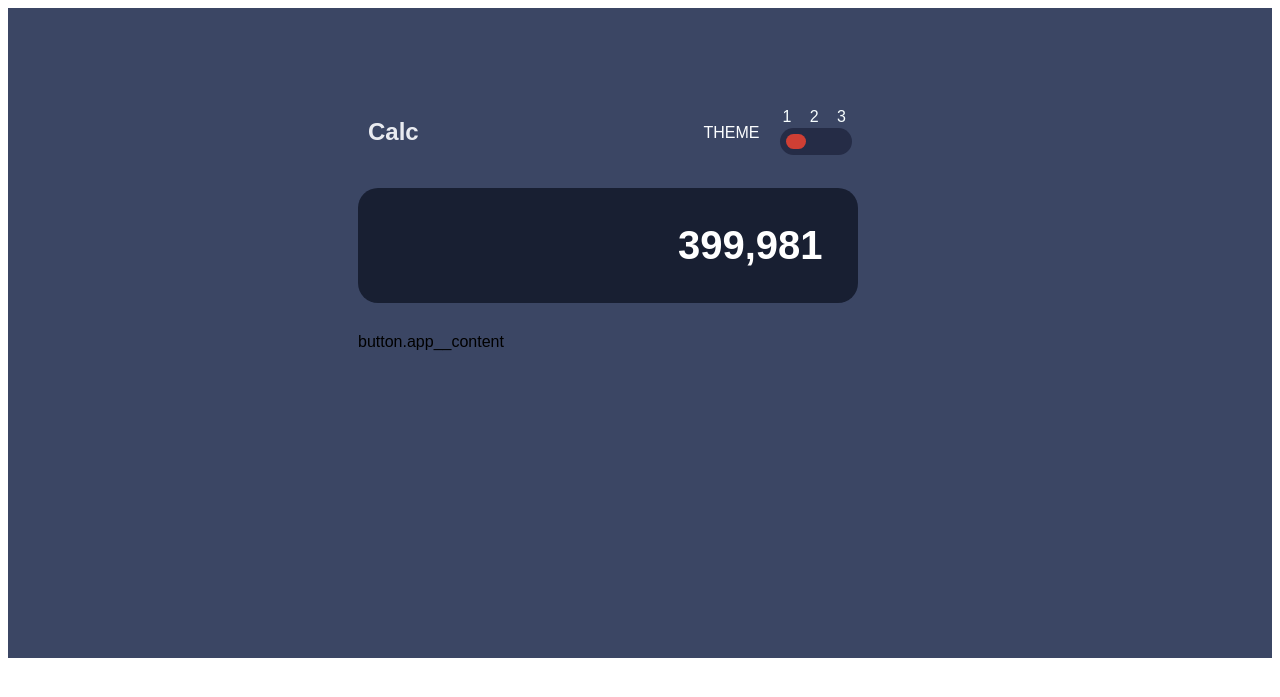
Repository: Bakyproit/Calcutor
Page: SimpleCalculatorApp.html
The author's editor kept a copy of each file at every save. The page is drawn from the files as they stood at one save, then again after a run of saves.
The browser window is 1280 px wide. The pictures show the whole page.

Above is the page before, as saved 2022-02-09 16:14:03.

After the next 5 saves:
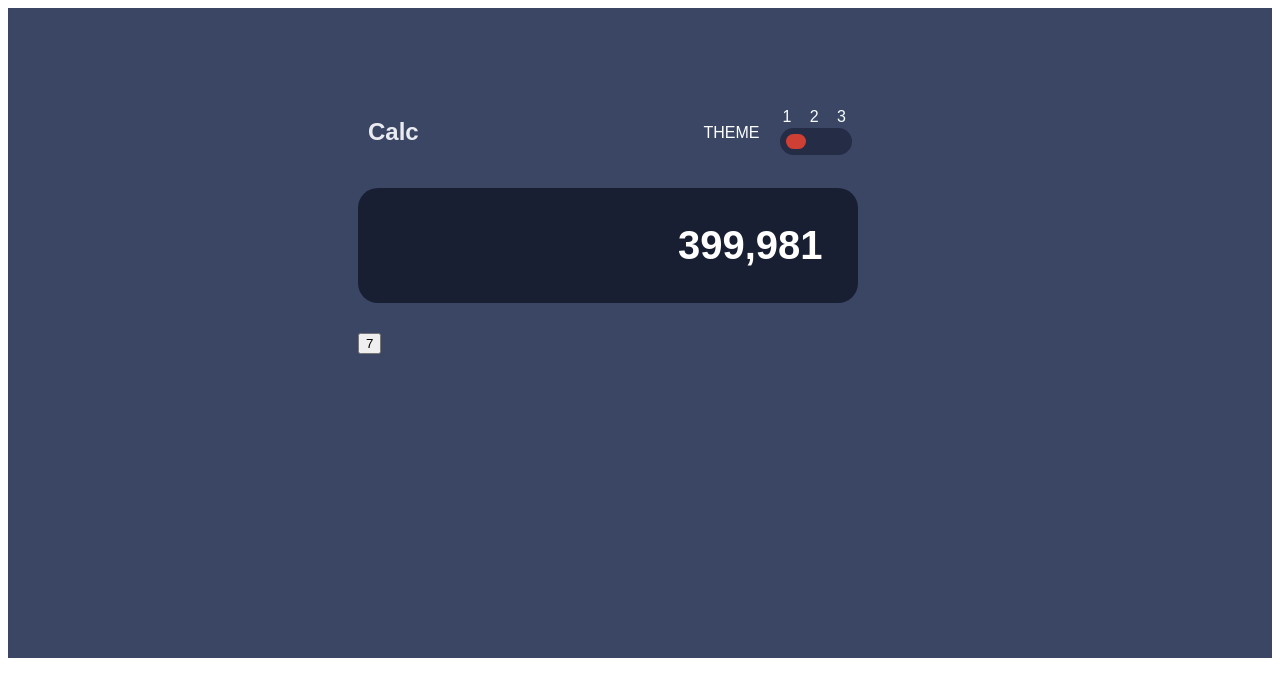
The 5 saves are shown as one change because they came seconds apart.
The last was saved 12 s later.
--- a/SimpleCalculatorApp.html
+++ b/SimpleCalculatorApp.html
@@ -38,7 +38,7 @@
             </div>
 
             <div class="app__content">
-                button.app__content
+                <button class="app__content-number">7</button>
             </div>
         </div>
     </div>
